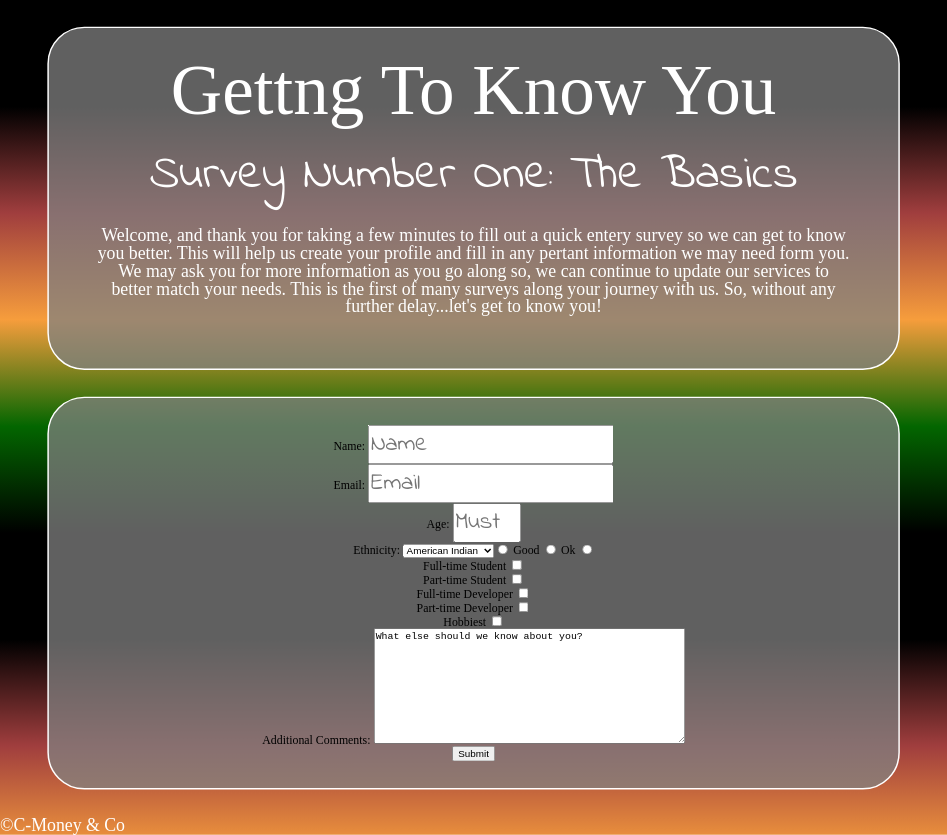
Repository: ctcoleman/surveyForm
Page: index.html
These files come from the project's save history. The page is drawn as it stood at one moment and after a run of saves; the edit follows.
The browser window is 1280 px wide. The pictures show the whole page, at 74% of full size.
Some web fonts or font styles are not loaded; a fallback is used.

Above is the page before, as saved 2020-06-29 11:18:31.

### index.html
<!DOCTYPE html>
<html lang="en">

<!-- Head -->

<head>
  <meta name="description" content="Survey Form Example Project">
  <meta name="author" content="Christopher Coleman">
  <meta name="title" content="Survey Form Project">
  <meta name="keywords" content="Survey, Forms, HTML, CSS, Example, Project" <meta name="viewport"
    content="width=device-width, initial-scale=1.0">
  <meta charset="UTF-8">
  <link rel="stylesheet" type="text/css" href="/assets/stylesheets/index.css">
  <link
    href="https://fonts.googleapis.com/css2?family=Holtwood+One+SC&family=Indie+Flower&family=Shadows+Into+Light&display=swap"
    rel="stylesheet">
  <title>.:Getting to know you:.</title>
</head>

<!-- Body -->

<body>


  <!-- Main Content-->
  <main id="main">

    <!-- Header -->
    <header id="titleHeading" class="heading">
      <h1 id="title">Gettng To Know You</h1>
      <h2>Survey Number One: The Basics</h2>
      <section class="descriptionSection">
        <p id="description">Welcome, and thank you for taking a few minutes to fill out a quick entery survey so we can
          get to know you better. This will help us create your profile and fill in any pertant information we may need
          form you. We may ask you for more information as you go along so, we can continue to update our services to
          better match your needs. This is the first of many surveys along your journey with us. So, without any further
          delay...let's get to know you!</p>
      </section>
    </header>

    <!-- Survey Form -->
    <form id="survey-form" class="formWrapper" action="#" method="post">
      <!-- Name -->
      <div class="formEntery nameEntery">
        <label id="name-label" for="name">Name:</label>
        <input type="text" id="name" name="user_name" placeholder="Name" required>
      </div>
      <!-- E-Mail -->
      <div class="formEntery emailEntery">
        <label id="email-label" for="email">Email:</label>
        <input type="email" id="email" name="user_email" placeholder="Email" required>
      </div>
      <!-- Number -->
      <div class="formEntery numberEntery">
        <label id="number-label" for="number">Age:</label>
        <input type="number" id="number" placeholder="Must be older than 18" min="18" max="150">
      </div>
      <!-- Dropdown -->
      <div id="dropDownEntery" class="formEntery">
        <label for="dropdown-label">Ethnicity:</label>
        <select type="dropdown" id="dropdown" placeholder="Select from the following" required>
          <option value="americanIndian">American Indian</option>
          <option value="asian">Asian</option>
          <option value="africanAmerican">African American</option>
          <option value="hispanic">Hispanic</option>
          <option value="pacificIslander">Pacific Islander</option>
          <option value="white">White</option>
      </div>
      <!-- Radio Buttons -->
      <div id="radioButtons" class="formEntery radioButtons">

        <label for="radioGreat">Great</label>
        <input class="radio" type="radio" id="radioGreat" name="radio" value="Great">

        <label for="radioGood">Good</label>
        <input class="radio" type="radio" id="radioGood" name="radio" value="Good">

        <label for="radioOk">Ok</label>
        <input class="radio" type="radio" id="radioOk" name="radio" value="Ok">

      </div>

      <div id="checkboxInputs" class="formEntery checkbox">
        <div id="fullTimeStudentCheck">
          <label for="fullTimeStudent">Full-time Student</label>
          <input type="checkbox" id="fullTimeStudent" name="Full-time Student" value="Full-time Student">
        </div>
        <div id="partTimeStudentCheck">
          <label for="partTimeStudent">Part-time Student</label>
          <input type="checkbox" id="partTimeStudent" name="Part-time Student" value="Part-time Student">
        </div>
        <div id="fullTimeDeveloperCheck">
          <label for="fullTimeDev">Full-time Developer</label>
          <input type="checkbox" id="fullTimeDev" name="Full-time Developer" value="Full-time Developer">
        </div>
        <div id="partTimeDeveloperCheck">
          <label for="partTimeDev">Part-time Developer</label>
          <input type="checkbox" id="partTimeDev" name="Part-time Developer" value="Part-time Developer">
        </div>
        <div id="hobbiestCheckbox">
          <label for="hobbiest">Hobbiest</label>
          <input type="checkbox" id="hobbiest" name="Hobbiest" value="hobbiest">
        </div>
      </div>
      <div id="textarea">
        <label for="additionalComments">Additional Comments:</label>
        <textarea id="additionalComments" name="additionalComments" rows="10"
          cols="50">What else should we know about you? </textarea>
      </div>

      <button type="submit" id="submit" form="survey-form" value="Submit">Submit</button>
    </form>


    <!-- Footer -->
    <footer>
      <p>&copy;C-Money & Co</p>
    </footer>
  </main>

  <script src='https://cdn.freecodecamp.org/testable-projects-fcc/v1/bundle.js'></script>
</body>

</html>

### assets/stylesheets/index.css

/*
=== CSS Reset ===
  http://meyerweb.com/eric/tools/css/reset/ ]
  v2.0 | 20110126
  License: none (public domain)
*/

html, body, div, span, applet, object, iframe,
h1, h2, h3, h4, h5, h6, p, blockquote, pre,
a, abbr, acronym, address, big, cite, code,
del, dfn, em, img, ins, kbd, q, s, samp,
small, strike, strong, sub, sup, tt, var,
b, u, i, center,
dl, dt, dd, ol, ul, li,
fieldset, form, label, legend,
table, caption, tbody, tfoot, thead, tr, th, td,
article, aside, canvas, details, embed,
figure, figcaption, footer, header, hgroup,
menu, nav, output, ruby, section, summary,
time, mark, audio, video {
	margin: 0;
	padding: 0;
	border: 0;
	font-size: 62.5%;
	font: inherit;
  vertical-align: baseline;
  box-sizing: border-box;
}
/* HTML5 display-role reset for older browsers */
article, aside, details, figcaption, figure,
footer, header, hgroup, menu, nav, section {
	display: block;
}
body {
	line-height: 1;
}
ol, ul {
	list-style: none;
}
a {
  text-decoration: none;
}
blockquote, q {
	quotes: none;
}
blockquote:before, blockquote:after,
q:before, q:after {
	content: '';
	content: none;
}
table {
	border-collapse: collapse;
	border-spacing: 0;
}
/*
=== Fonts Used ===
font-family: 'Holtwood One SC', serif;
font-family: 'Indie Flower', cursive;
font-family: 'Shadows Into Light', cursive;
/*

=== Basic Styling ===
*/
html {
  background-image: linear-gradient( #000000 20%, #a03e3e 40%, #f69d3c 60%, #036600 80%, #000000 100%);
  height: 100%;
 }

h1 {
  color: white;
  font-family: 'Holtwood One SC', serif;
  font-size: 6rem;
}

h2 {
  color: white;
  font-family: 'Indie Flower', cursive;
  font-size: 4rem;
}

p {
  color: white;
  font-size: 1.5rem;
}

/*
=== Header Styleing ===
*/

header {
  background: rgba(128, 128, 128, 0.75);
  padding: 5vh 5vw;
  margin: 5vh 5vw;
  text-align: center;
  border: 2px solid white;
  border-radius: 50px;
}
#title {
  margin-bottom: 5vh;
}
#description {
  margin: 5vh 0;
}

/*
=== Basic Form Styling ===
*/

#survey-form {
  background: rgba(128, 128, 128, 0.75);
  padding: 5vh 5vw;
  margin: 5vh 5vw;
  text-align: center;
  border: 2px solid white;
  border-radius: 50px;
  display: flex;
  flex-direction: column;
  align-items: center;
  justify-content: space-evenly;
}
#surveyForm label {
  font-size: 3rem;
  font-family: 'Shadows Into Light', cursive;
}
#survey-form input,
#surveyForm textarea {
  font-size: 2rem;
  font-family: 'Indie Flower', cursive;
}

/*
=== Name Styling ===
*/
div #nameEntery #name-label{
  margin: 5vh 0;
}
/*
=== Email Styling ===
*/

/*
=== Age Styling ===
*/

/*
=== Radio Button Styling ===
*/

/*
=== Checkbox Styling ===
*/

/*
=== Textarea Styling ===
*/

/*
=== Submit Button Styling ===
*/

After the next 4 saves:
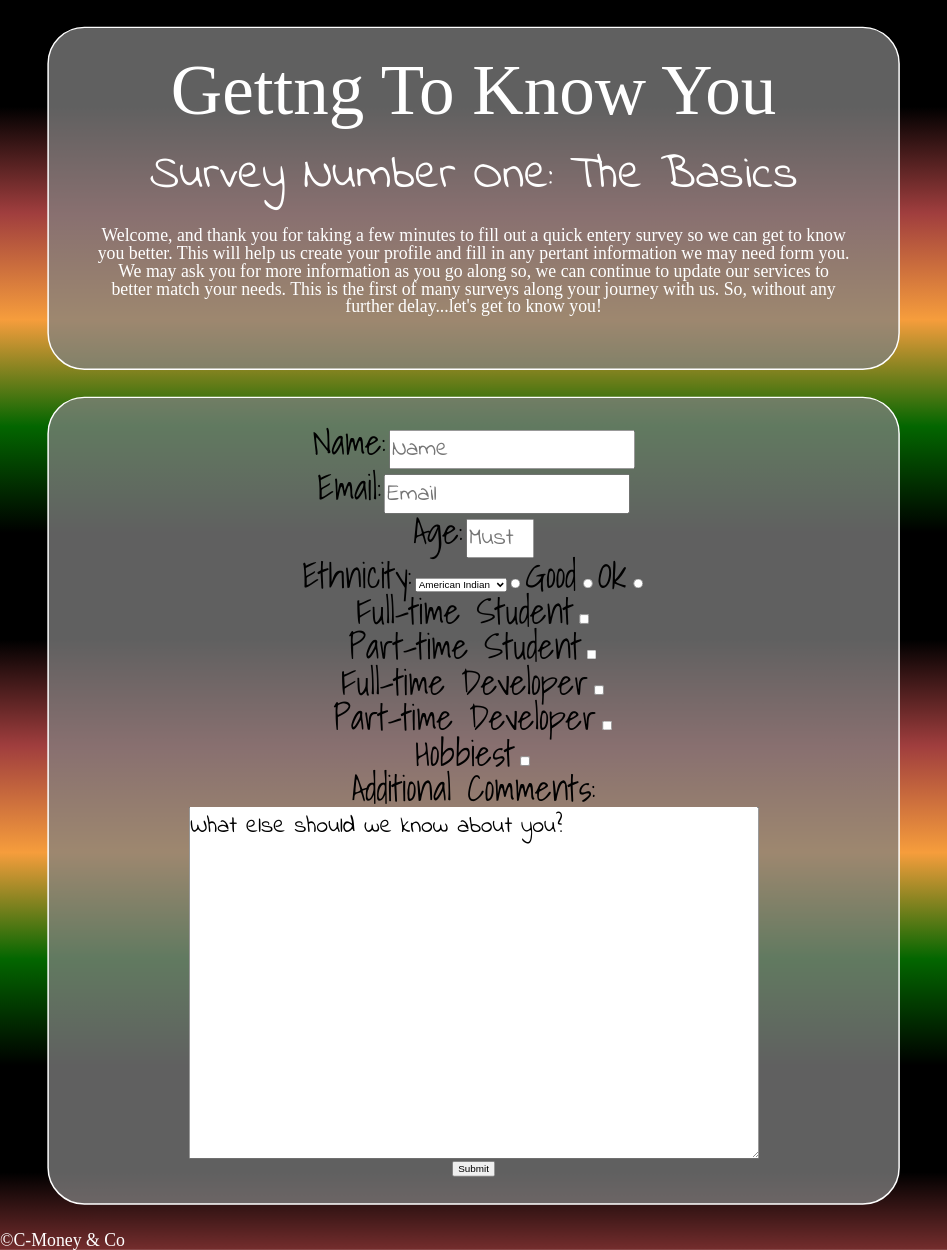
The 4 saves are shown as one change because they came seconds apart.
The last was saved 21 s later.
--- a/assets/stylesheets/index.css
+++ b/assets/stylesheets/index.css
@@ -119,12 +119,12 @@ header {
   align-items: center;
   justify-content: space-evenly;
 }
-#surveyForm label {
+#survey-form label {
   font-size: 3rem;
   font-family: 'Shadows Into Light', cursive;
 }
 #survey-form input,
-#surveyForm textarea {
+#survey-form textarea {
   font-size: 2rem;
   font-family: 'Indie Flower', cursive;
 }
